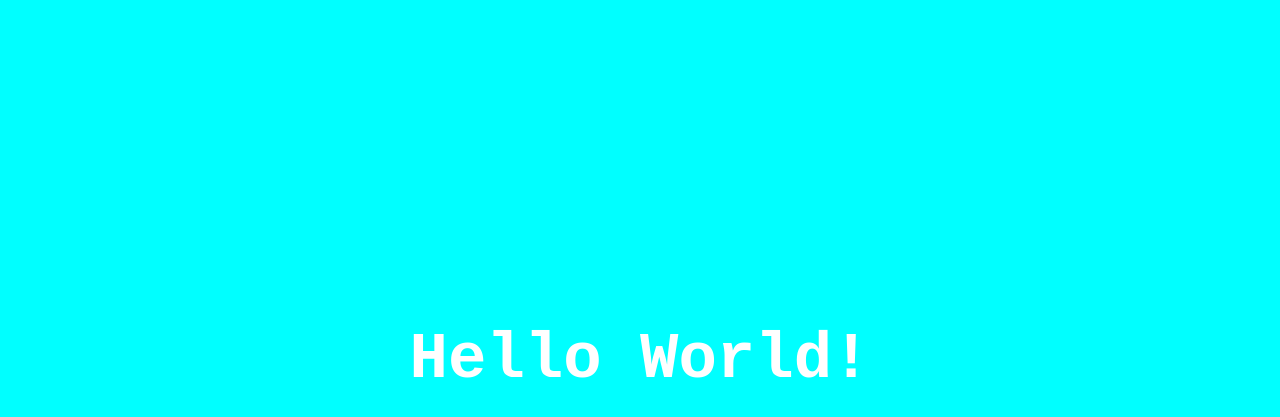
Repository: badhon252/revision
Page: day7 Sass/index.html
An editor plug-in stored every save of this project. The page is shown before and after the next save, followed by the edit.
The browser window is 1280 px wide. The pictures show the whole page.
The style sheet was rebuilt from its Sass, Less or Tailwind sources for each picture, by a compiler version that may differ from the author's.

Above is the page before, as saved 2022-02-12 19:56:30.

### day7 Sass/index.html
<!DOCTYPE html>
<html lang="en">

<head>
    <meta charset="UTF-8">
    <meta http-equiv="X-UA-Compatible" content="IE=edge">
    <meta name="viewport" content="width=device-width, initial-scale=1.0">
    <link rel="stylesheet" href="style.css">
    <title>Document</title>
</head>

<body>
    <header>
        <div class="test">
            <h1>Hello World!</h1>
        </div>
    </header>
</body>

</html>

### day7 Sass/style.scss
* {
  margin: 0;
  padding: 0;
  box-sizing: border-box;
}

header {
  display: flex;
  width: 100vw;
  height: 100vh;
  background-color: cyan;
  justify-content: center;
  align-items: center;
}
.test {
  font-family: "Courier New", Courier, monospace;
  font-size: 2rem;
  font-weight: 900;
  color: rgb(255, 255, 255);
}

After the next save:
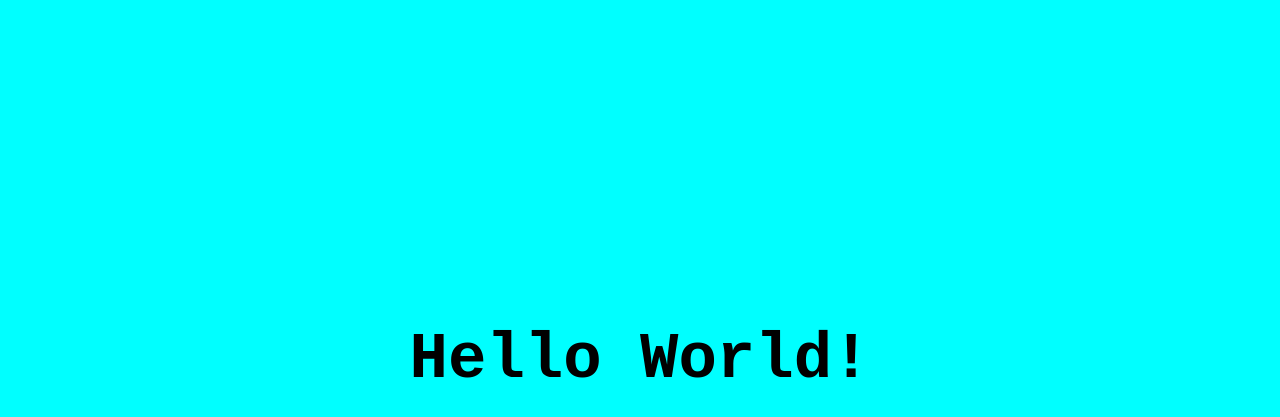
Saved 4 s later.
--- a/day7 Sass/style.scss
+++ b/day7 Sass/style.scss
@@ -16,5 +16,4 @@ header {
   font-family: "Courier New", Courier, monospace;
   font-size: 2rem;
   font-weight: 900;
-  color: rgb(255, 255, 255);
 }
